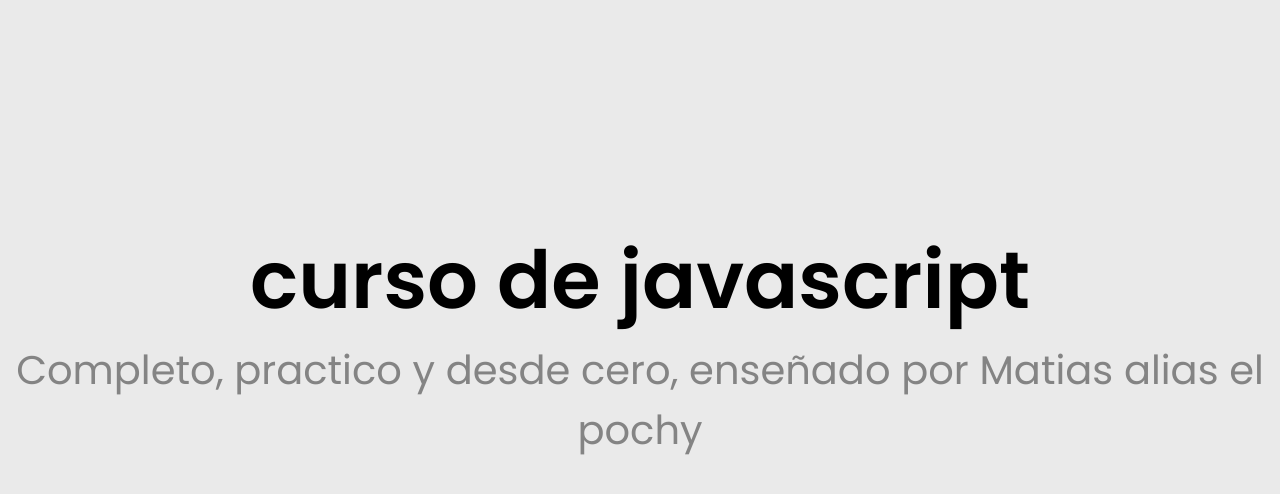
Repository: ymcarrillom/github-test
Page: portafolio-personal/introduccion/javascript/index.html
These files come from the project's save history. The page is drawn as it stood at one moment and after the next save; the edit follows.
The browser window is 1280 px wide. The pictures show the whole page.

Above is the page before, as saved 2024-10-09 04:10:33.

### portafolio-personal/introduccion/javascript/index.html
<!DOCTYPE html>
<html lang="en">
<head>
    <meta charset="UTF-8">
    <meta name="viewport" content="width=device-width, initial-scale=1.0">
    <link rel="stylesheet" href="estilos.css">
    <script src="arreglos.js"></script>
    <title>Javascript</title>
</head>
<body>
    <h1>curso de javascript</h1>
    <h2>Completo, practico y desde cero, enseñado por Matias alias el pochy</h2>
</body>
</html>

### portafolio-personal/introduccion/javascript/estilos.css
@import url('https://fonts.googleapis.com/css2?family=Poppins:wght@400;600&display=swap');

* {
	box-sizing: border-box;
	margin: 0;
	padding: 0;
}

body {
	font-family: 'Poppins', sans-serif;
	min-height: 100vh;
	width: 100%;
	background: #eaeaea;
	color: #000;
	display: flex;
	flex-direction: column;
	align-items: center;
	justify-content: center;
}

h1 {
	font-size: 80px;
}

h2 {
	font-size: 40px;
	font-weight: normal;
	margin-bottom: 40px;
	color: #848484;
	text-align: center;
}

button {
	border: none;
	background: #2553df;
	font-family: 'Poppins', sans-serif;
	font-size: 22px;
	cursor: pointer;
	border-radius: 10px;
	color: #fff;
	padding: 14px 28px;
	margin-bottom: 20px;
}

button:hover {
	background: #1942be;
}

### portafolio-personal/introduccion/javascript/arreglos.js
/* 📌 Los arreglos son variables que nos permiten guardar multiples valores
	Cada valor puede ser de cualquier tipo.
*/
const arreglo = ['Texto', 456, true, { propiedad: 'valor' }, [0, 1, 2, 3]];
console.log(arreglo);

// Podemos acceder a los elementos del arreglo en base a su posicion.
// Empezando por el 0 (index)
const amigos = ['Alejandro', 'Manuel', 'Cesar'];
console.log(amigos[0]);

/* 📌 Otra forma de trabajar con arreglos es definirlo y luego llenarlo */
const colores = [];
colores[0] = 'Rojo';
colores[1] = 'Verde';

// Podemos saltarnos elementos
colores[3] = 'Blanco';

// Podemos sobreescribir valores
colores[3] = 'Amarillo';

/* Los arreglos dentro de javascript son objetos.
Esto es porque javascript les agrega una capa de propiedades y metodos.
*/
// Propiedad length, nos permite conocer cuantos elementos tiene un arreglo.
console.log('El arreglo colores tiene: ' + colores.length + ' colores');

// Metodo push, nos permite agregar elementos al final del arreglo.
colores.push('Azul');
console.log(colores);

After the next save:
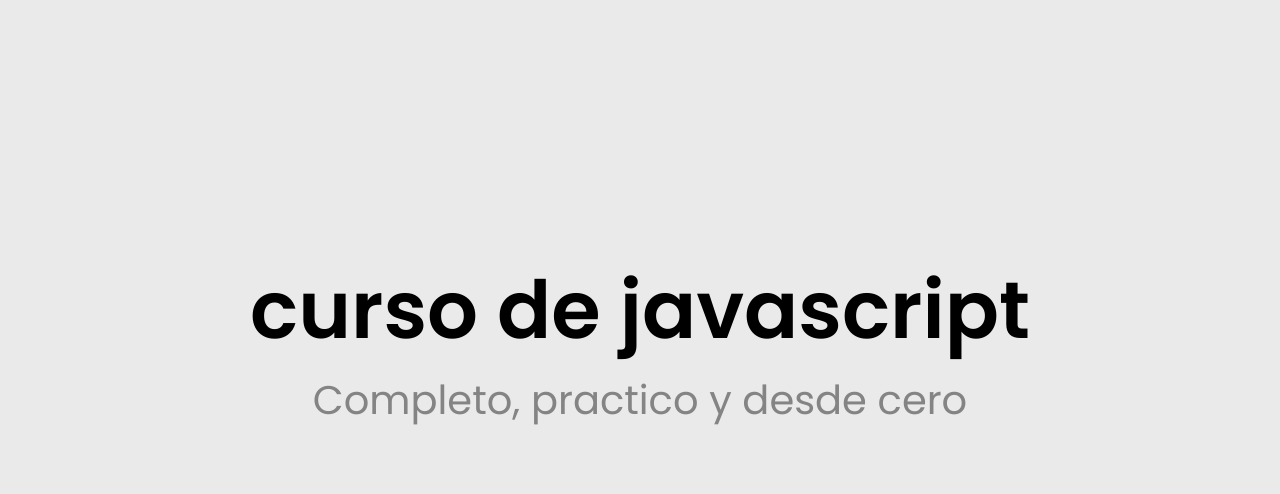
Saved 37 s later.
--- a/portafolio-personal/introduccion/javascript/index.html
+++ b/portafolio-personal/introduccion/javascript/index.html
@@ -9,6 +9,6 @@
 </head>
 <body>
     <h1>curso de javascript</h1>
-    <h2>Completo, practico y desde cero, enseñado por Matias alias el pochy</h2>
+    <h2>Completo, practico y desde cero</h2>
 </body>
 </html>
